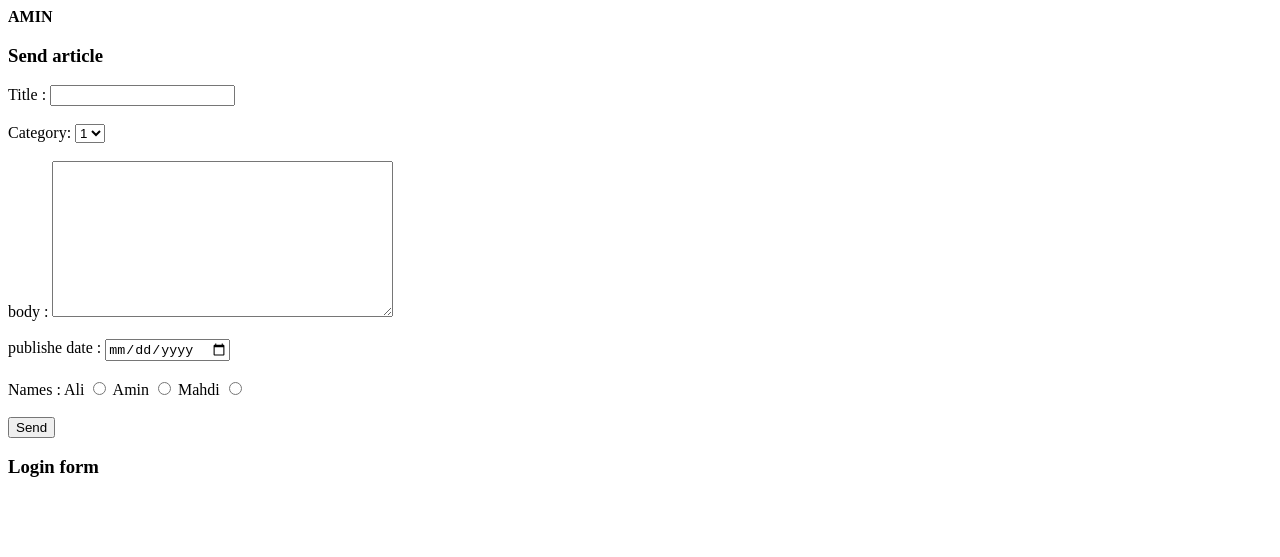
Repository: aminsheikhan/amins-github
Page: index.html
An editor plug-in stored every save of this project. The page is shown before and after a run of saves, followed by the edit.
The browser window is 1280 px wide. The pictures show the whole page.

Above is the page before, as saved 2025-12-10 13:31:17.

After the next 6 saves:
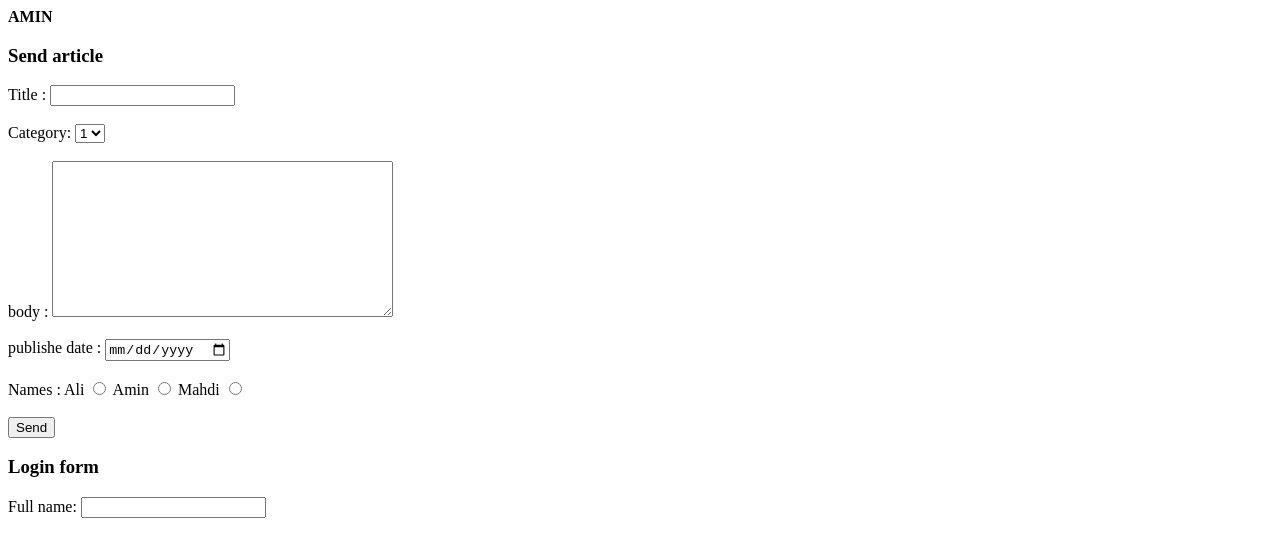
The 6 saves are shown as one change because they came seconds apart.
The last was saved 19 s later.
--- a/index.html
+++ b/index.html
@@ -102,7 +102,8 @@
         </form>
 
         <h3>Login form</h3>
-        <label></label>
+        <label>Full name:</label>
+        <input type="text">
 
 
     </body>
